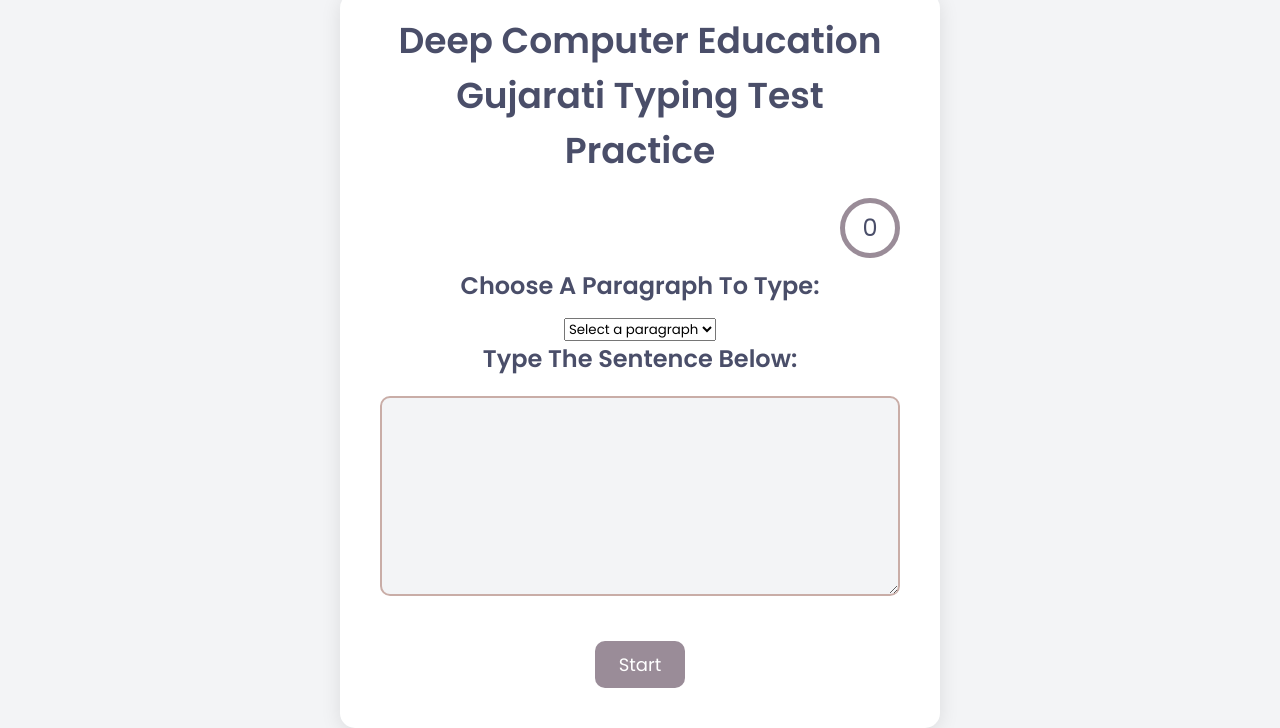
Repository: ssj27072002/Gujarati-typing-test
Page: typingGame/index.html
The author's editor kept a copy of each file at every save. The page is drawn from the files as they stood at one save, then again after the next save.
The browser window is 1280 px wide. The pictures show the whole page.

Above is the page before, as saved 2024-06-12 12:03:40.

After the next save:
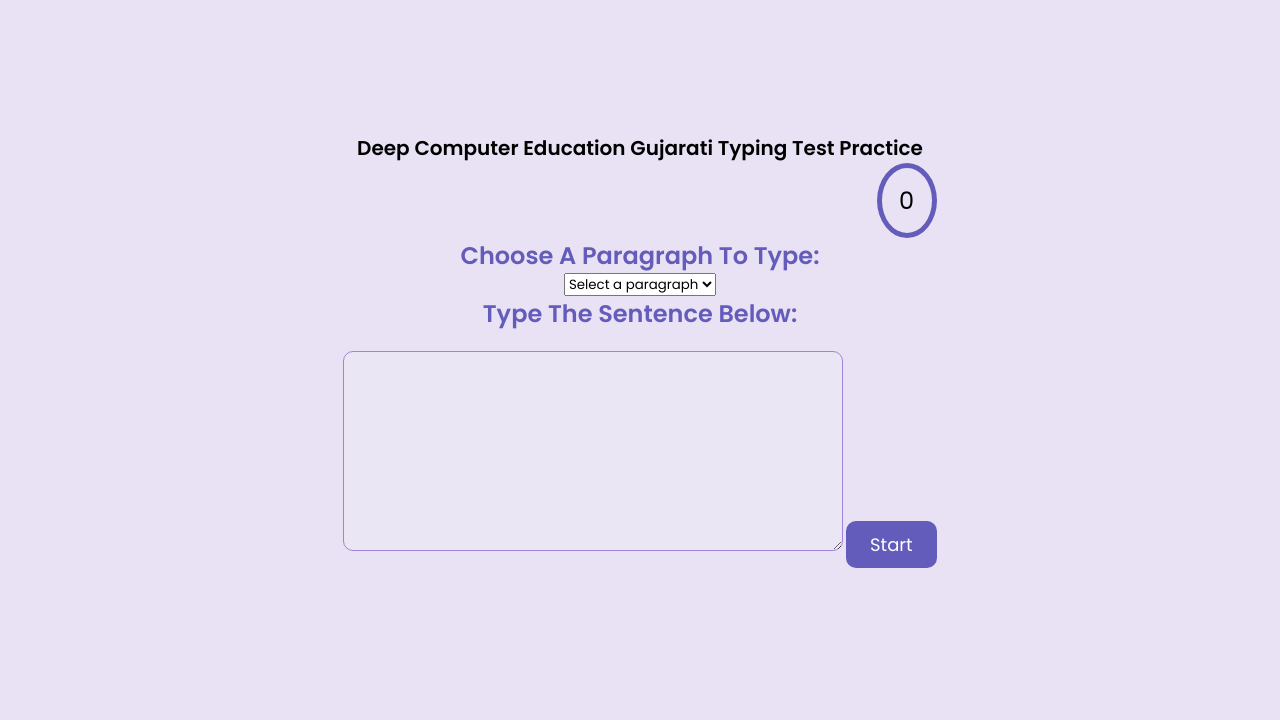
Saved 9 s later.
--- a/typingGame/css/style.css
+++ b/typingGame/css/style.css
@@ -194,7 +194,7 @@
 
 
 
-@import url('https://fonts.googleapis.com/css2?family=Josefin+Sans:wght@400;600;700&family=Lexend+Deca:wght@100;200;300;400;500;600;700&family=Poppins:wght@300;400;600&display=swap');
+/* @import url('https://fonts.googleapis.com/css2?family=Josefin+Sans:wght@400;600;700&family=Lexend+Deca:wght@100;200;300;400;500;600;700&family=Poppins:wght@300;400;600&display=swap');
 
 * {
     margin: 0;
@@ -307,3 +307,4 @@
     color: #4a4e69;
     background: #fff;
 }
+ */

After the 2 saves that followed:
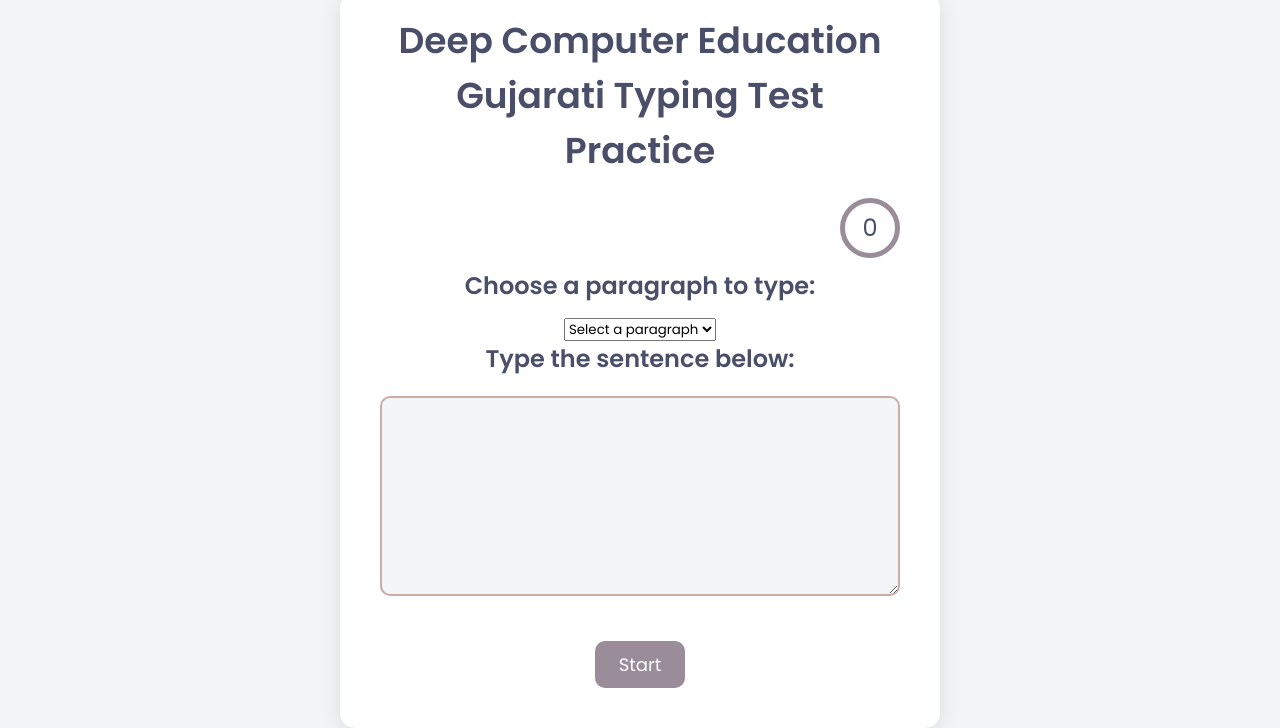
The 2 saves are shown as one change because they came seconds apart.
The last was saved 19 s later.
--- a/typingGame/css/style.css
+++ b/typingGame/css/style.css
@@ -1,4 +1,4 @@
-@import url('https://fonts.googleapis.com/css2?family=Josefin+Sans:wght@400;600;700&family=Lexend+Deca:wght@100;200;300;400;500;600;700&family=Poppins:wght@300;400;600&display=swap');
+/* @import url('https://fonts.googleapis.com/css2?family=Josefin+Sans:wght@400;600;700&family=Lexend+Deca:wght@100;200;300;400;500;600;700&family=Poppins:wght@300;400;600&display=swap');
 
 *{
     margin: 0;
@@ -76,7 +76,7 @@
     align-items: center;
     border-radius: 50%;
     border: .5rem solid #645CBB;
-}
+} */
 
 /* @import url('https://fonts.googleapis.com/css2?family=Josefin+Sans:wght@400;600;700&family=Lexend+Deca:wght@100;200;300;400;500;600;700&family=Poppins:wght@300;400;600&display=swap');
 
@@ -194,7 +194,7 @@
 
 
 
-/* @import url('https://fonts.googleapis.com/css2?family=Josefin+Sans:wght@400;600;700&family=Lexend+Deca:wght@100;200;300;400;500;600;700&family=Poppins:wght@300;400;600&display=swap');
+@import url('https://fonts.googleapis.com/css2?family=Josefin+Sans:wght@400;600;700&family=Lexend+Deca:wght@100;200;300;400;500;600;700&family=Poppins:wght@300;400;600&display=swap');
 
 * {
     margin: 0;
@@ -307,4 +307,3 @@
     color: #4a4e69;
     background: #fff;
 }
- */
